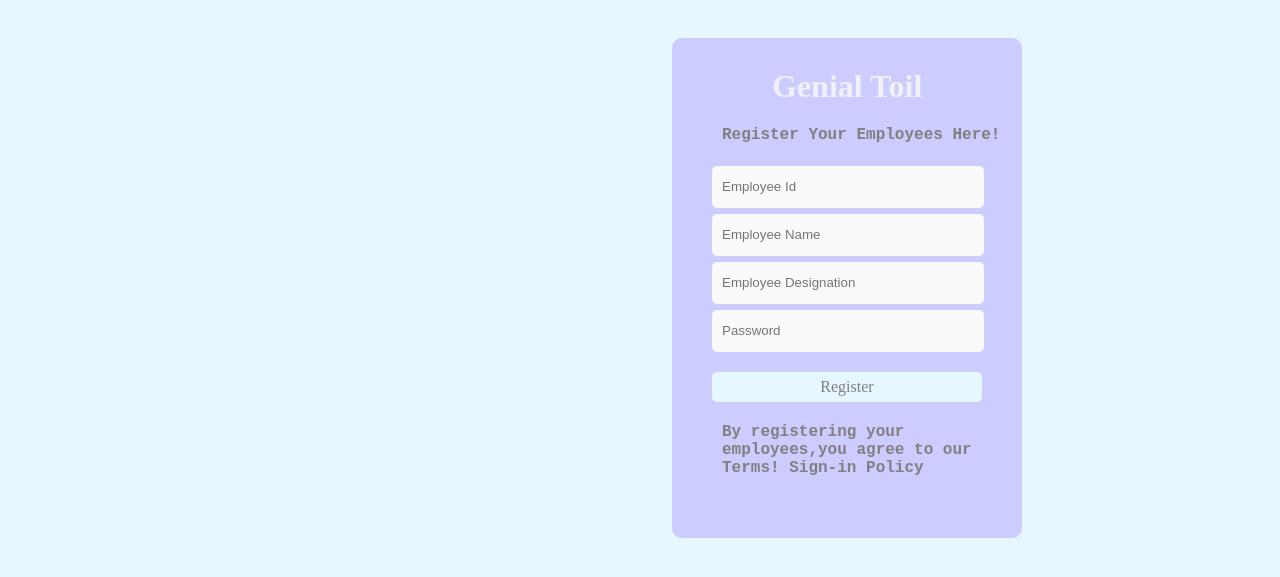
Repository: robin9533/Basic-Programs-App.
Page: GW-Genial Work Proj/GT_GenialToil/WebContent/EmployeeSignup.html
An editor plug-in stored every save of this project. The page is shown before and after the next save, followed by the edit.
The browser window is 1280 px wide. The pictures show the whole page.

Above is the page before, as saved 2019-05-10 11:34:08.

After the next save:
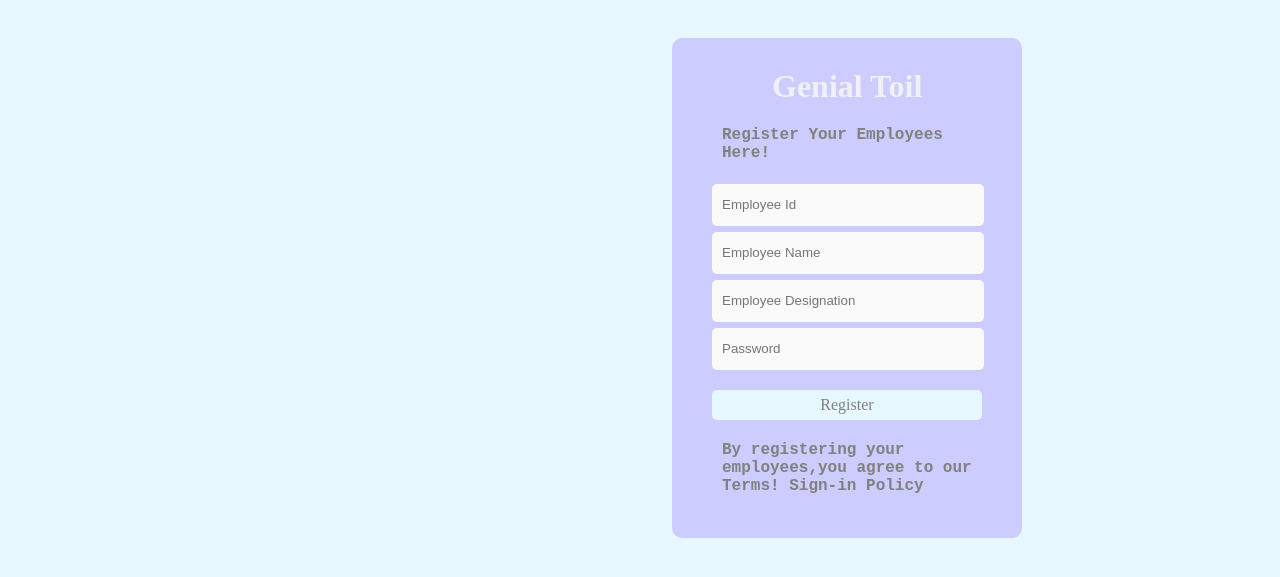
Saved 37 s later.
--- a/GW-Genial Work Proj/GT_GenialToil/WebContent/EmployeeSignup.css
+++ b/GW-Genial Work Proj/GT_GenialToil/WebContent/EmployeeSignup.css
@@ -51,6 +51,7 @@ body{
 
 .registrationblock h4{
 	padding-left:50px;
+	padding-right:50px;
 	font-family:monospace;
 	font-size:16px;
 	color: grey;
